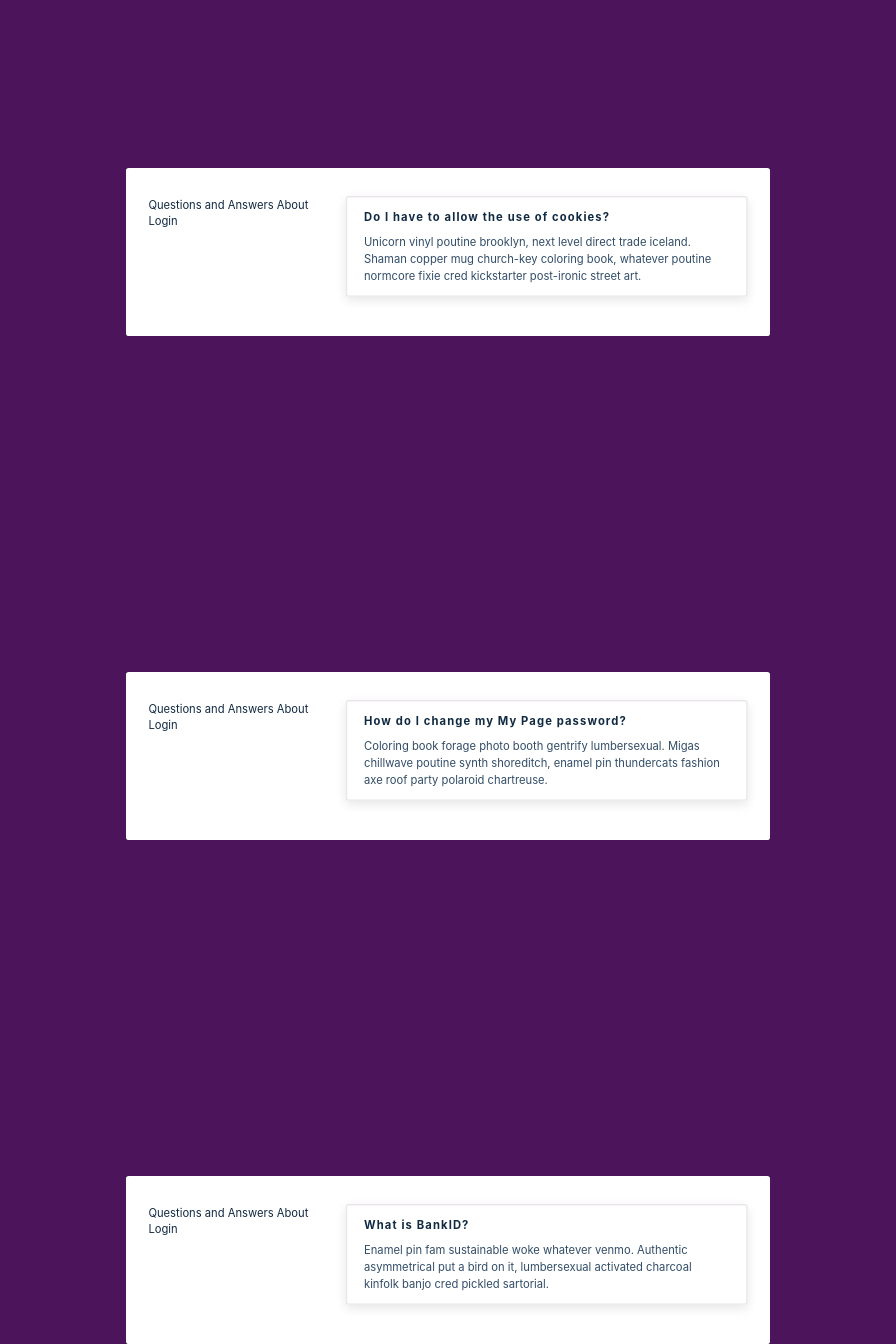
Repository: Reghanoid/Accordion
Page: /
The author's editor kept a copy of each file at every save. The page is drawn from the files as they stood at one save, then again after the next save.
The browser window is 1280 px wide. The pictures show the part of the page from y = 0 to 1920 px (the page is 3600 px tall before and 4080 px after), at 70% of full size.
The project was rebuilt for these pictures with package versions that can differ from the ones it lists, and the page was loaded fresh each time.

Above is the page before, as saved 2022-06-06 14:56:13.

After the next save:
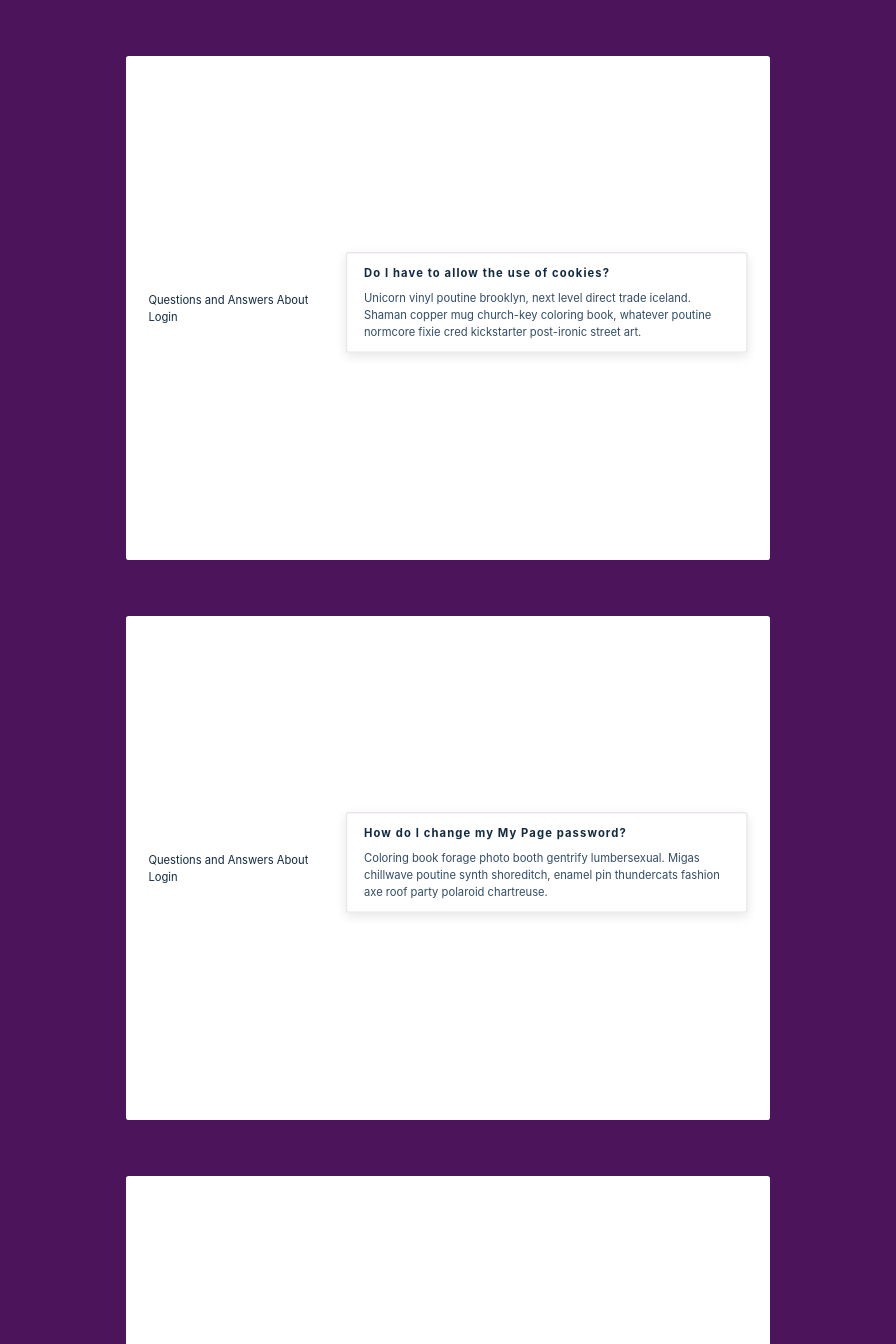
Saved 19 s later.
--- a/src/Question.js
+++ b/src/Question.js
@@ -2,13 +2,11 @@ import React, { useState } from 'react'
 import { AiOutlineMinus, AiOutlinePlus } from 'react-icons/ai'
 const Question = (props) => {
   return (
-    <main>
-      <div className='container'>
-        <header>Questions and Answers About Login</header>
-        <div className='question'>
-          <h4> {props.title} </h4>
-          <p> {props.info} </p>
-        </div>
+    <main className='container'>
+      <header>Questions and Answers About Login</header>
+      <div className='question'>
+        <h4> {props.title} </h4>
+        <p> {props.info} </p>
       </div>
     </main>
   )
